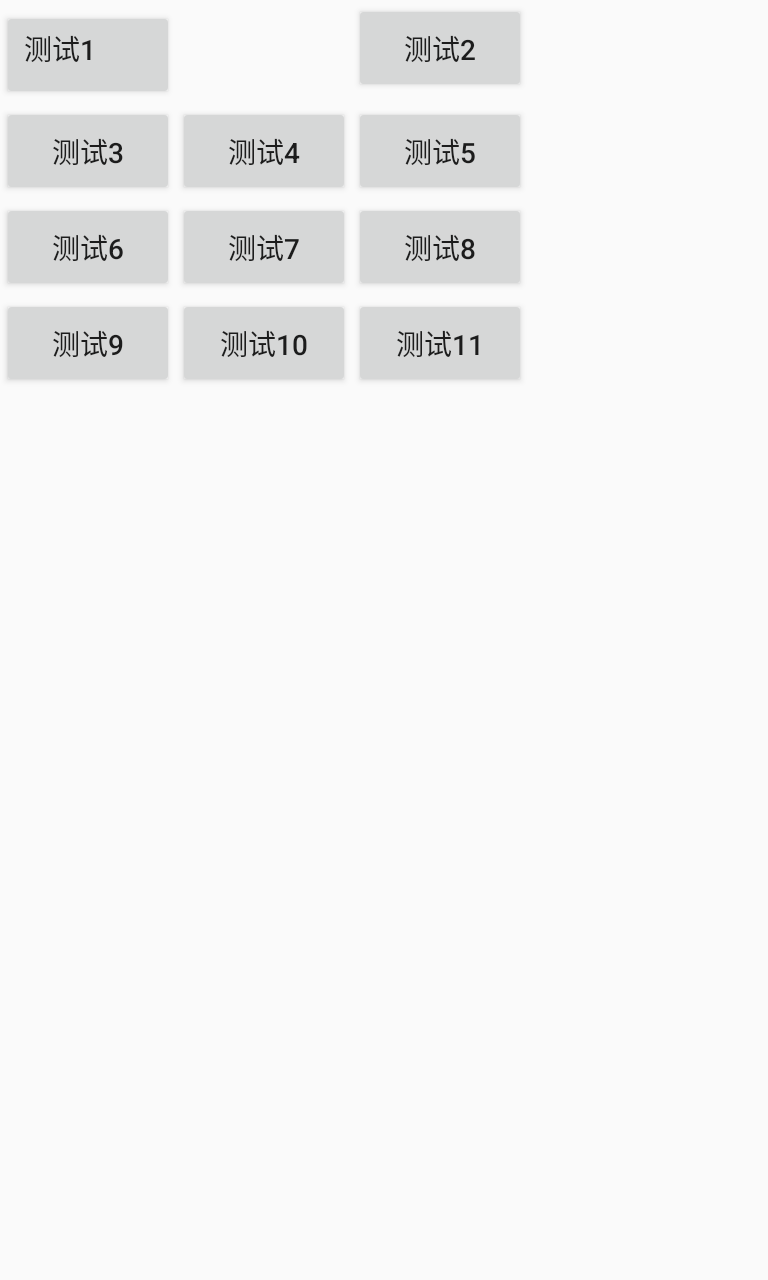
Repository: A207/guanjingjing
Layout: day4/LayoutApp/res/layout/activity_grid_layout.xml
The author's editor kept a copy of each file at every save. The layout is drawn from the files as they stood at one save, then again after the next save.
It is drawn on a 768 x 1280 px phone screen (xhdpi) without system bars, with theme AppTheme; the app's code is not run.

Above is the layout before, as saved 2015-07-09 11:27:43.

After the next save:
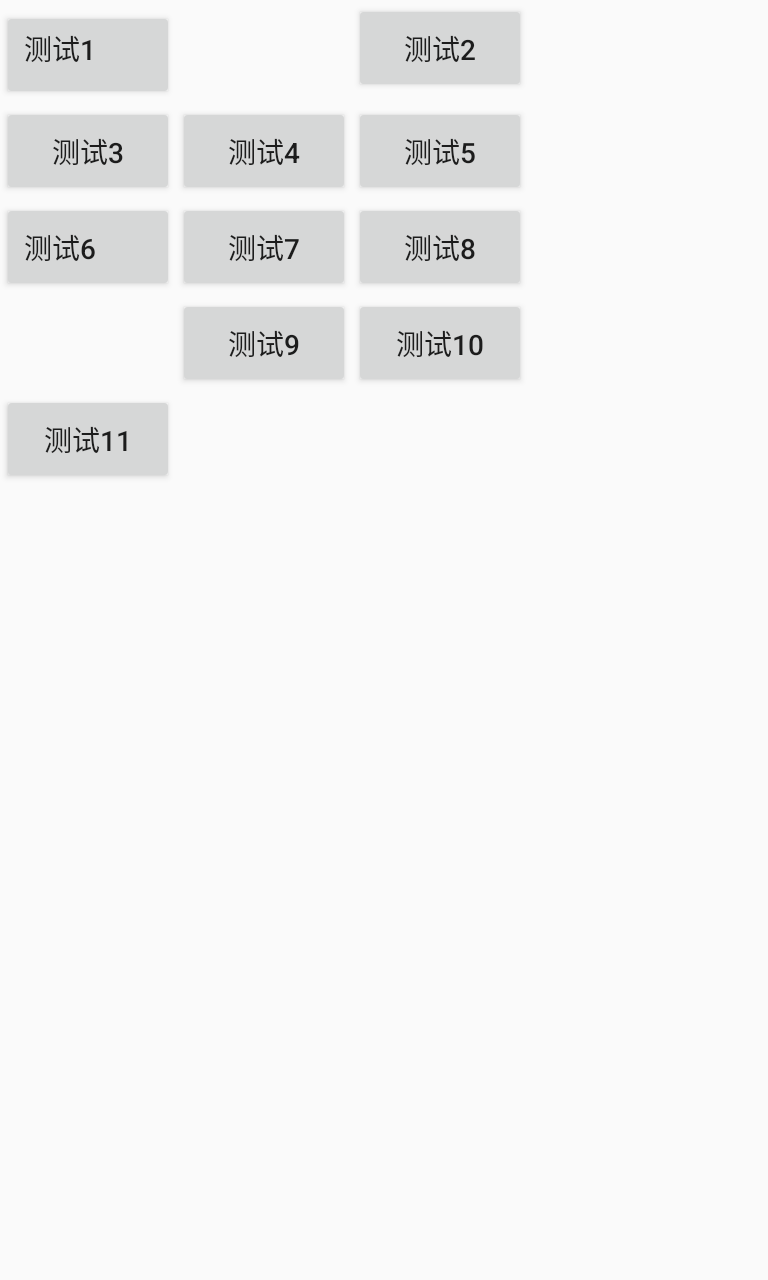
Saved 6 min 52 s later.
--- a/day4/LayoutApp/res/layout/activity_grid_layout.xml
+++ b/day4/LayoutApp/res/layout/activity_grid_layout.xml
@@ -13,7 +13,7 @@
         android:layout_height="wrap_content"
         android:text="测试1"
 		android:layout_columnSpan="2"
-        android:gravity="fill_horizontal" ><!-- 横跨两列-->
+        android:gravity="fill_horizontal" ><!-- 横跨两列填满-->
     </Button>
 
     <Button
@@ -43,7 +43,9 @@
     <Button
         android:layout_width="wrap_content"
         android:layout_height="wrap_content"
-        android:text="测试6" >
+        android:text="测试6"
+        android:layout_rowSpan="2"
+        android:gravity="fill_vertical" >
     </Button>
 
     <Button
